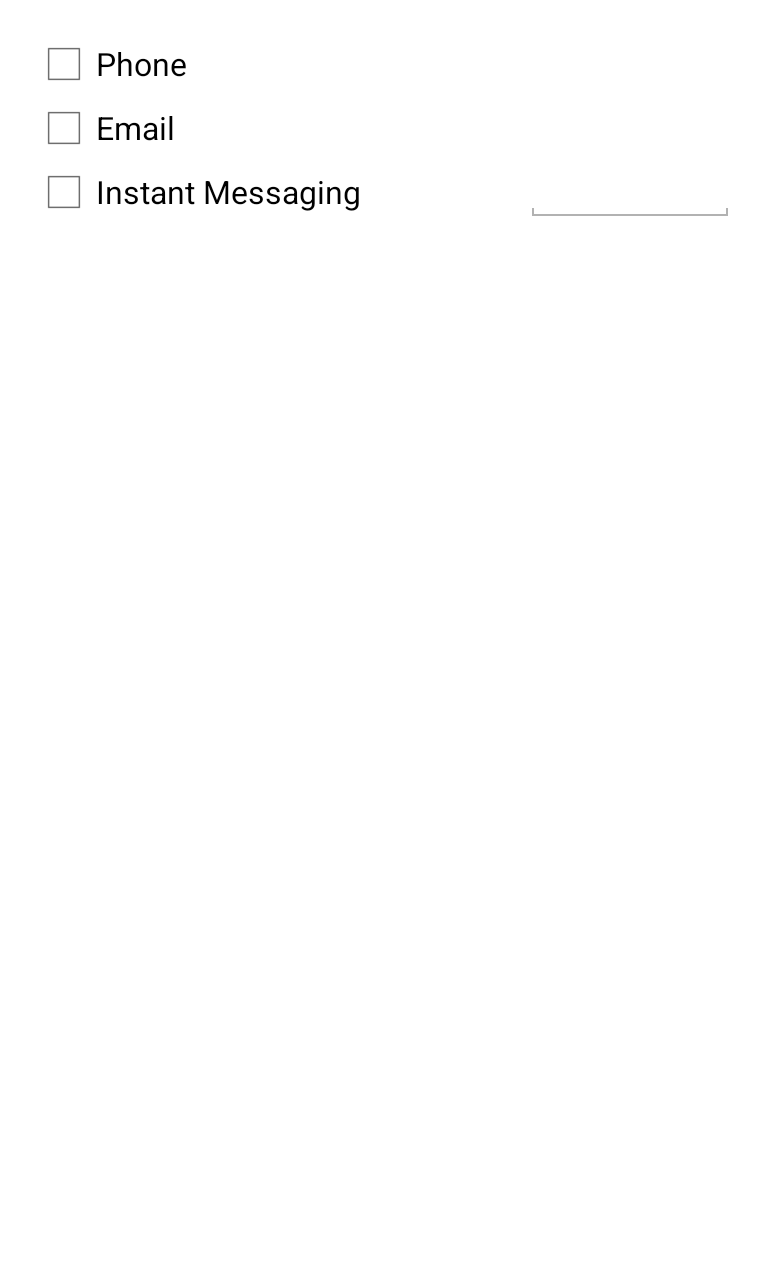
Repository: radupoenaru1992/PracticalTest01Var01
Layout: PracticalTest01Var01/res/layout/activity_practical_test01_var01_main.xml
These files come from the project's save history. The layout is drawn as it stood at one moment and after the next save; the edit follows.
It is drawn on a 768 x 1280 px phone screen (xhdpi) without system bars, with theme AppTheme; the app's code is not run.

Above is the layout before, as saved 2015-03-30 15:27:51.

After the next save:
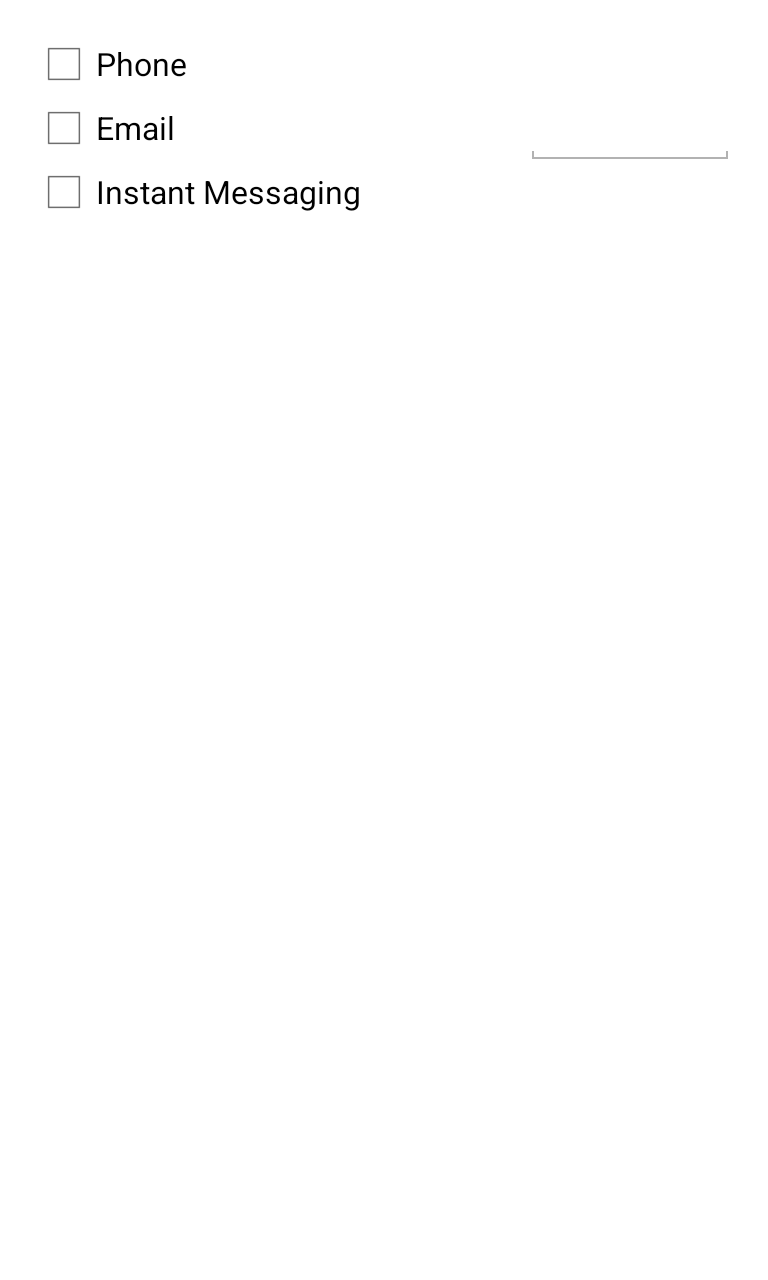
Saved 24 s later.
--- a/PracticalTest01Var01/res/layout/activity_practical_test01_var01_main.xml
+++ b/PracticalTest01Var01/res/layout/activity_practical_test01_var01_main.xml
@@ -52,7 +52,7 @@
 
             <EditText
                 android:layout_width="match_parent"
-                android:layout_height="match_parent"
+                android:layout_height="wrap_content"
                 android:layout_gravity="center"
                 android:id="@+id/etDr"/>
 
